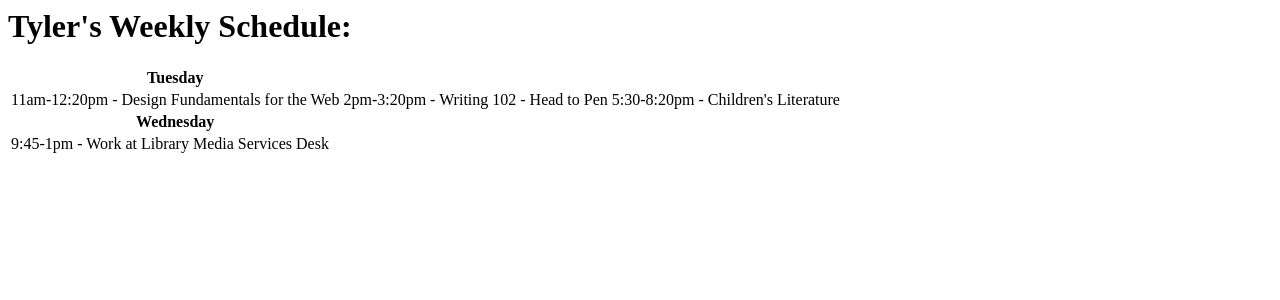
Repository: getzt1/web-design-class
Page: web pages/personal-site/index.html
The author's editor kept a record of every edit. The page is drawn from the files as they stood at one moment, then again after the next edit.
The browser window is 1280 px wide. The pictures show the whole page.

Above is the page before.

After the next edit:
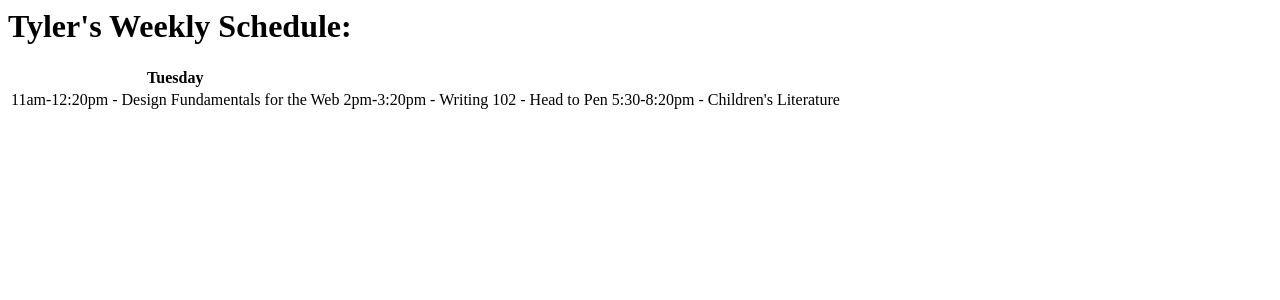
The edit:
--- a/web pages/personal-site/index.html
+++ b/web pages/personal-site/index.html
@@ -11,9 +11,6 @@
             <tr> <td>11am-12:20pm - Design Fundamentals for the Web</td>
             <td>2pm-3:20pm - Writing 102 - Head to Pen</td>
             <td>5:30-8:20pm - Children's Literature</td> </tr>
-
-            <th scope="col">Wednesday</th>
-            <tr> <td>9:45-1pm - Work at Library Media Services Desk</td> </tr>
         </tc>
 
     </table>
